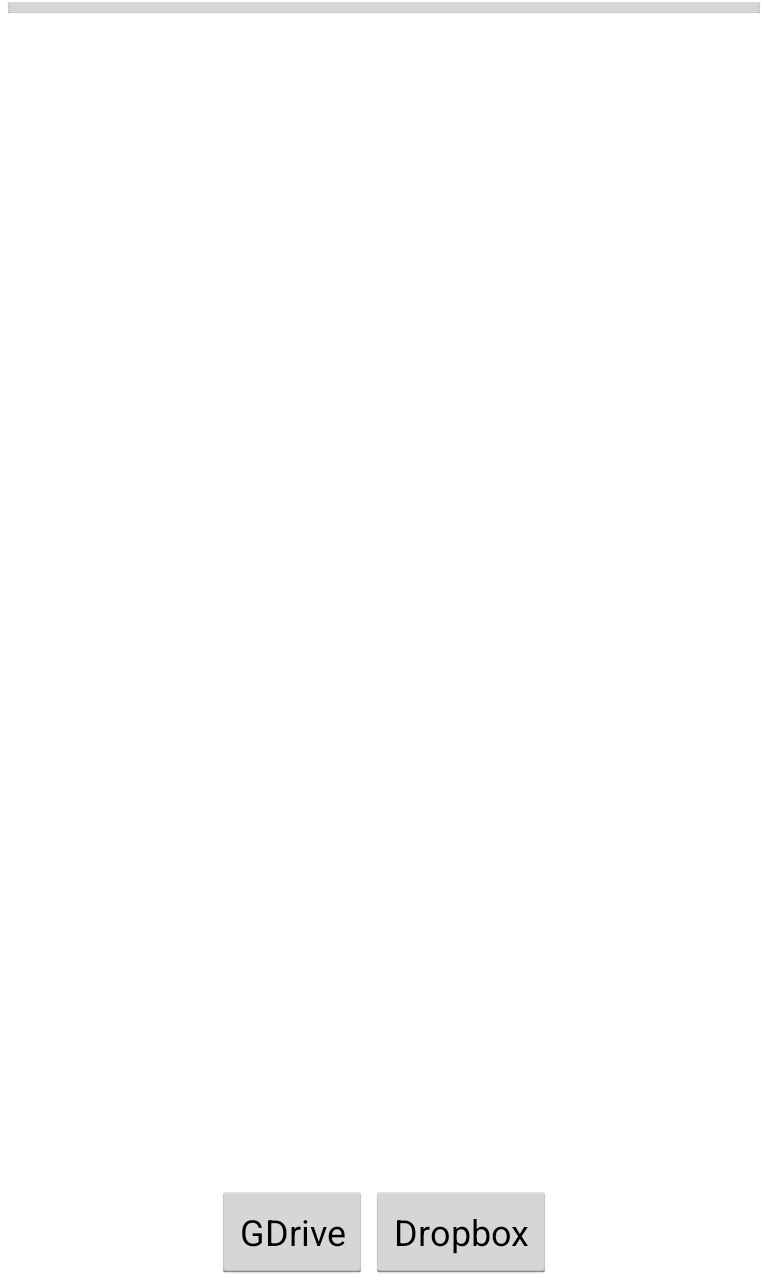
Repository: Zak-Olyarnik/CS-275
Layout: QuickPic/res/layout/activity_main.xml
These files come from the project's save history. The layout is drawn as it stood at one moment and after the next save; the edit follows.
It is drawn on a 768 x 1280 px phone screen (xhdpi) without system bars, with theme AppTheme; the app's code is not run.

Above is the layout before, as saved 2015-03-14 22:03:14.

### QuickPic/res/layout/activity_main.xml
<LinearLayout xmlns:android="http://schemas.android.com/apk/res/android"
    xmlns:tools="http://schemas.android.com/tools"
    android:layout_width="match_parent"
    android:layout_height="wrap_content"
    android:orientation="vertical" >

    <Button
        android:id="@+id/button_camera"
        android:layout_width="fill_parent"
        android:layout_height="0dp"
        android:layout_weight="174.42"
        android:text="@string/button_camera" >
    </Button>
    <ImageView
    android:id="@+id/image_view_camera"
    android:layout_width="match_parent"
    android:layout_height="100dp"
    android:layout_weight="11195.85"
    android:contentDescription="@string/image_view_camera" />


<LinearLayout
    android:layout_width="match_parent"
    android:layout_height="wrap_content"
    android:gravity="center">

    <Button
        android:id="@+id/button1"
        android:layout_width="wrap_content"
        android:layout_height="wrap_content"
        android:text="GDrive" />

    <Button
        android:id="@+id/button2"
        android:layout_width="wrap_content"
        android:layout_height="wrap_content"
        android:text="Dropbox" />

</LinearLayout>



</LinearLayout>

### QuickPic/res/values/strings.xml
<?xml version="1.0" encoding="utf-8"?>
<resources>

    <string name="app_name">QuickPic</string>
    <string name="hello_world">Hello world!</string>
    <string name="action_settings">Settings</string>
	<string name="button_camera">Camera</string>
    <string name="image_view_camera">This is a camera image</string>
</resources>

Loaded but not shown: QuickPic/res/values/styles.xml (common file); QuickPic/res/values-v11/styles.xml (common file); QuickPic/res/values-v14/styles.xml (common file)

After the next save:
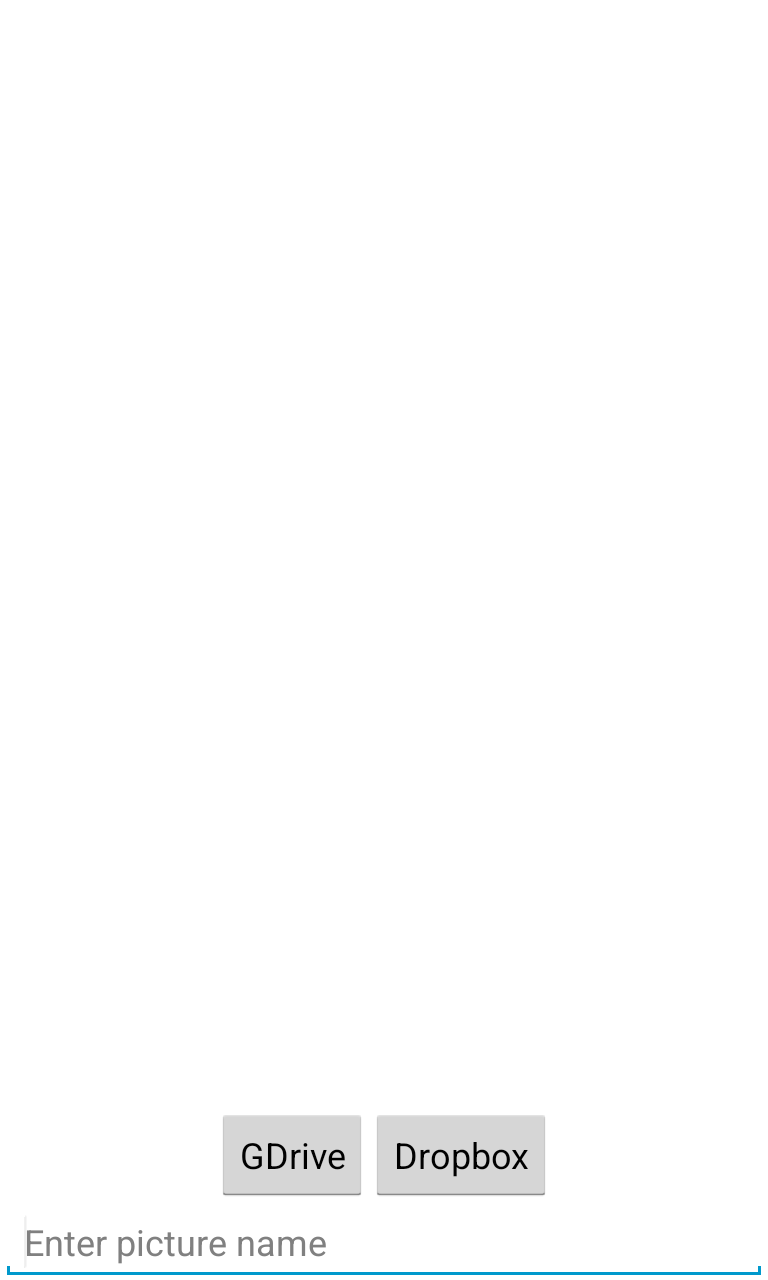
Saved 50 min 44 s later.
--- a/QuickPic/res/layout/activity_main.xml
+++ b/QuickPic/res/layout/activity_main.xml
@@ -11,13 +11,13 @@
         android:layout_weight="174.42"
         android:text="@string/button_camera" >
     </Button>
+
     <ImageView
     android:id="@+id/image_view_camera"
     android:layout_width="match_parent"
-    android:layout_height="100dp"
+    android:layout_height="match_parent"
     android:layout_weight="11195.85"
     android:contentDescription="@string/image_view_camera" />
-
 
 <LinearLayout
     android:layout_width="match_parent"
@@ -38,6 +38,14 @@
 
 </LinearLayout>
 
+<EditText
+    android:id="@+id/editText1"
+    android:layout_width="match_parent"
+    android:layout_height="wrap_content"
+    android:hint="Enter picture name"
+    android:ems="10" >
 
+    <requestFocus />
+</EditText>
 
 </LinearLayout>
